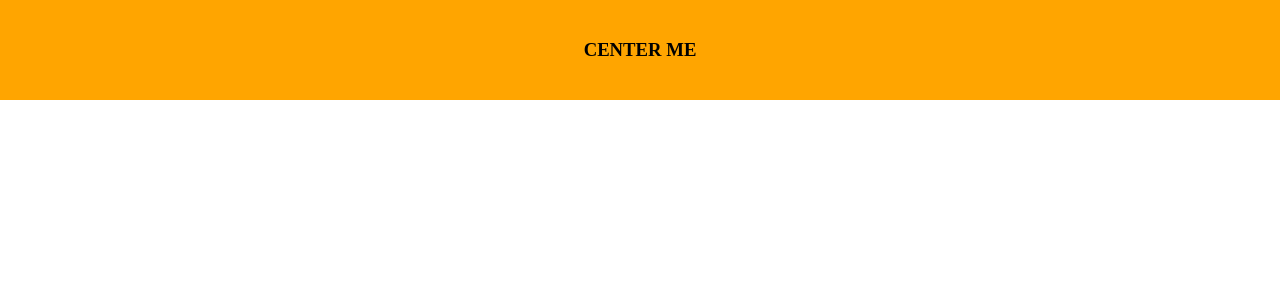
Repository: phanvu0103/HTML-CSS
Page: CSS_17.2_Các-cách-căn-giữa-trong-CSS/index.html
An editor plug-in stored every save of this project. The page is shown before and after the next save, followed by the edit.
The browser window is 1280 px wide. The pictures show the whole page.

Above is the page before, as saved 2022-09-23 10:10:36.

### CSS_17.2_Các-cách-căn-giữa-trong-CSS/index.html
<!DOCTYPE html>
<html lang="en">
  <head>
    <meta charset="UTF-8" />
    <meta http-equiv="X-UA-Compatible" content="IE=edge" />
    <meta name="viewport" content="width=device-width, initial-scale=1.0" />
    <title>Các Cách căn giữa trong Css</title>
    <link rel="stylesheet" href="style.css" />
  </head>
  <body>
    <div class="box">
      <h3>CENTER ME</h3>
    </div>
  </body>
</html>

### CSS_17.2_Các-cách-căn-giữa-trong-CSS/style.css
* {
  margin: 0;
  padding: 0;
  box-sizing: border-box;
}
.box {
  box-sizing: border-box;
  background-color: orange;
  height: 100px;
  /* có thể dùng display
  display: flex;
  align-items: center;
  justify-content: center; */
  /* có thể dùng position: relative và position:absolute top left
  transform nên sử dụng % cho h3
   */
  position: relative;
}
h3 {
  /* text-align: center;
  line-height: 100px; */
  position: absolute;
  top: 50%;
  left: 50%;
  transform: translate(-50%, -50%);
}

After the next save:
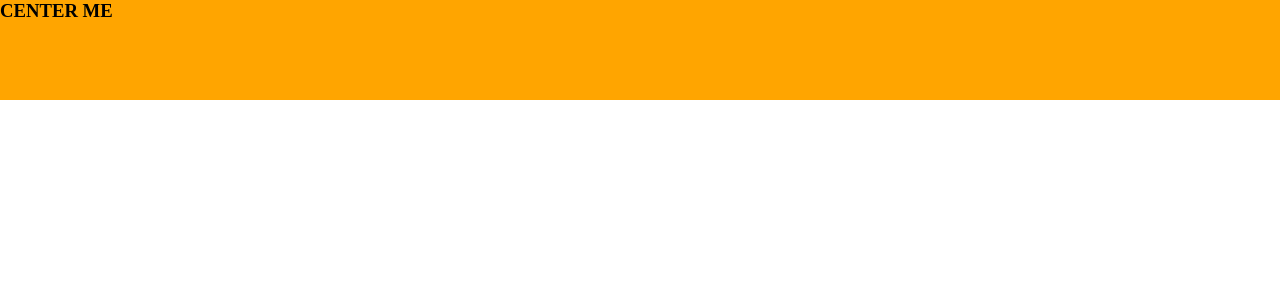
Saved 14 s later.
--- a/CSS_17.2_Các-cách-căn-giữa-trong-CSS/style.css
+++ b/CSS_17.2_Các-cách-căn-giữa-trong-CSS/style.css
@@ -19,8 +19,8 @@
 h3 {
   /* text-align: center;
   line-height: 100px; */
-  position: absolute;
+  /* position: absolute;
   top: 50%;
   left: 50%;
-  transform: translate(-50%, -50%);
+  transform: translate(-50%, -50%); */
 }

After the save that followed:
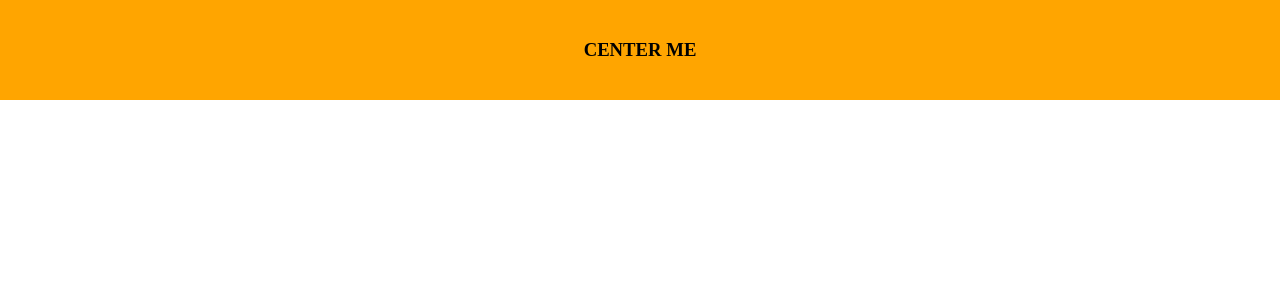
Saved 6 s later.
--- a/CSS_17.2_Các-cách-căn-giữa-trong-CSS/style.css
+++ b/CSS_17.2_Các-cách-căn-giữa-trong-CSS/style.css
@@ -17,8 +17,8 @@
   position: relative;
 }
 h3 {
-  /* text-align: center;
-  line-height: 100px; */
+  text-align: center;
+  line-height: 100px;
   /* position: absolute;
   top: 50%;
   left: 50%;
